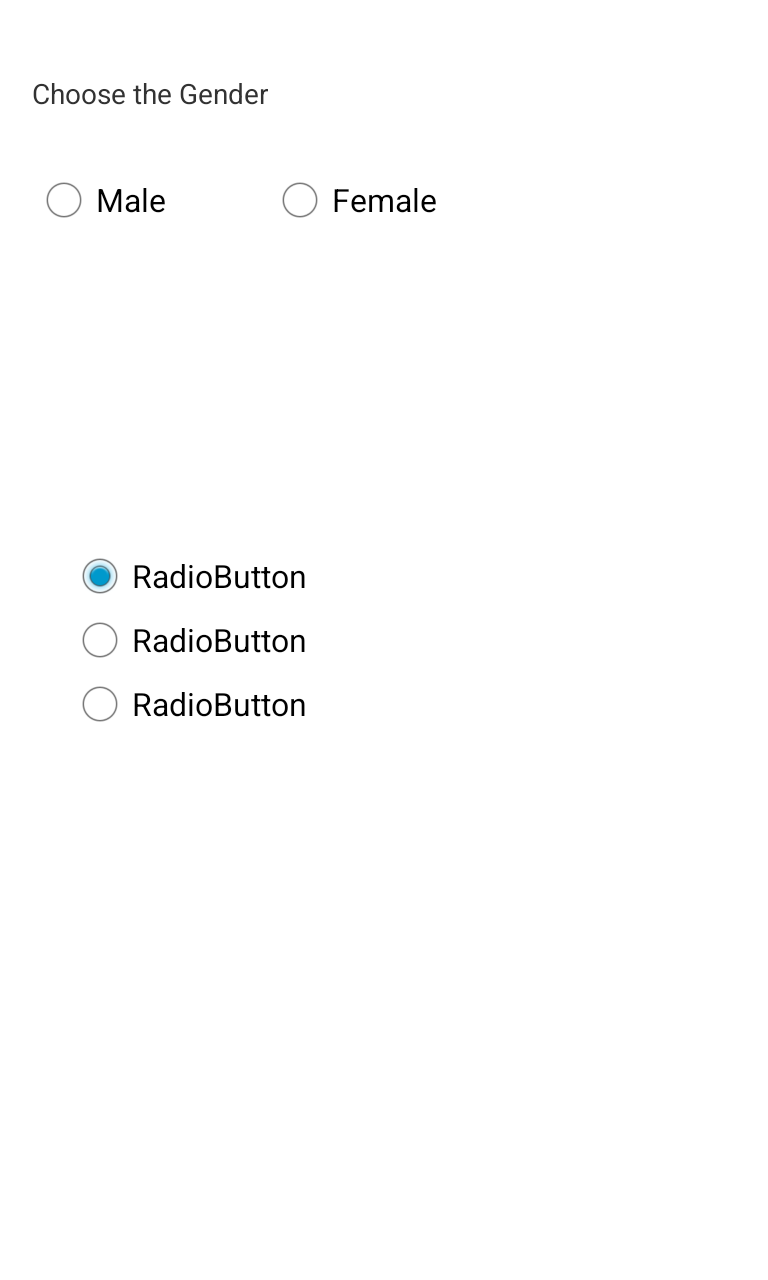
Repository: MadhuHS/JECM3
Layout: RadioButtonsDemo/res/layout/activity_main.xml
The author's editor kept a copy of each file at every save. The layout is drawn from the files as they stood at one save, then again after the next save.
It is drawn on a 768 x 1280 px phone screen (xhdpi) without system bars, with theme AppTheme; the app's code is not run.

Above is the layout before, as saved 2015-11-13 03:18:22.

After the next save:
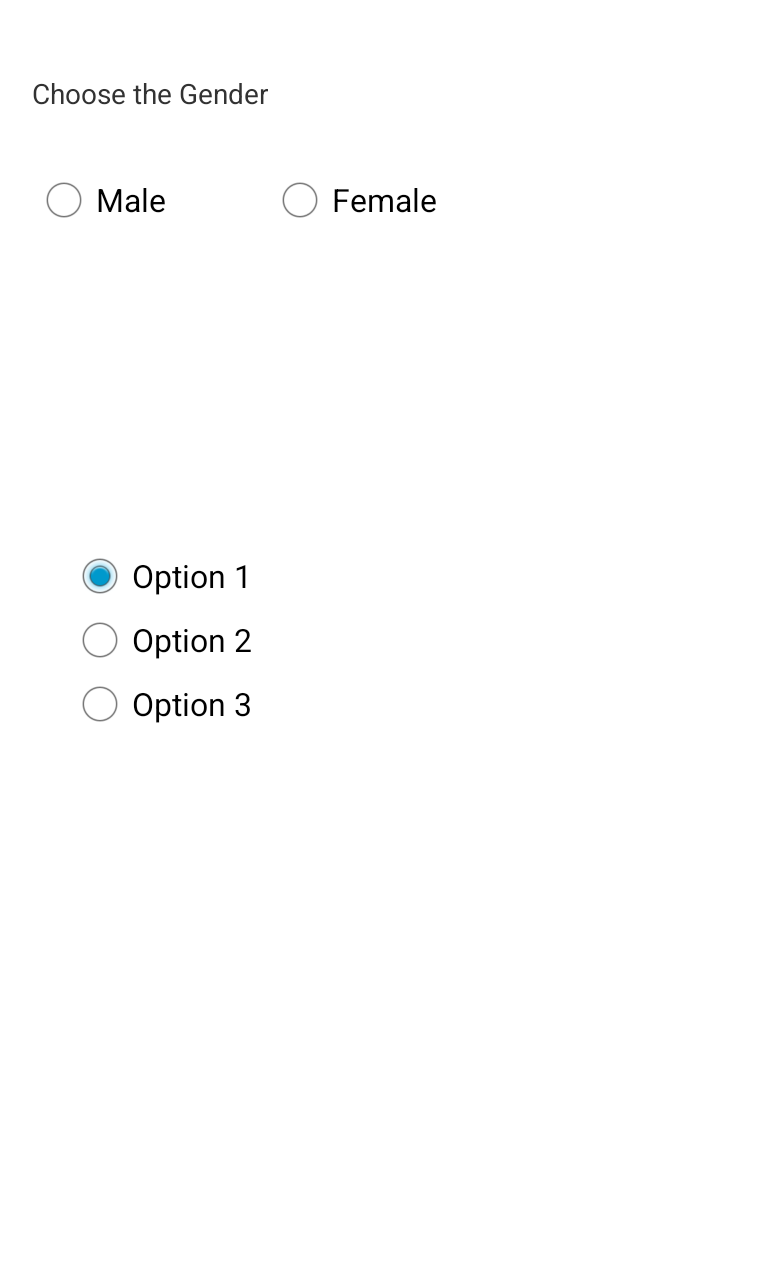
Saved 25 s later.
--- a/RadioButtonsDemo/res/layout/activity_main.xml
+++ b/RadioButtonsDemo/res/layout/activity_main.xml
@@ -48,19 +48,19 @@
             android:layout_width="wrap_content"
             android:layout_height="wrap_content"
             android:checked="true"
-            android:text="RadioButton" />
+            android:text="Option 1" />
 
         <RadioButton
             android:id="@+id/radiooption2"
             android:layout_width="wrap_content"
             android:layout_height="wrap_content"
-            android:text="RadioButton" />
+            android:text="Option 2" />
 
         <RadioButton
             android:id="@+id/radiooption3"
             android:layout_width="wrap_content"
             android:layout_height="wrap_content"
-            android:text="RadioButton" />
+            android:text="Option 3" />
     </RadioGroup>
 
 </RelativeLayout>
